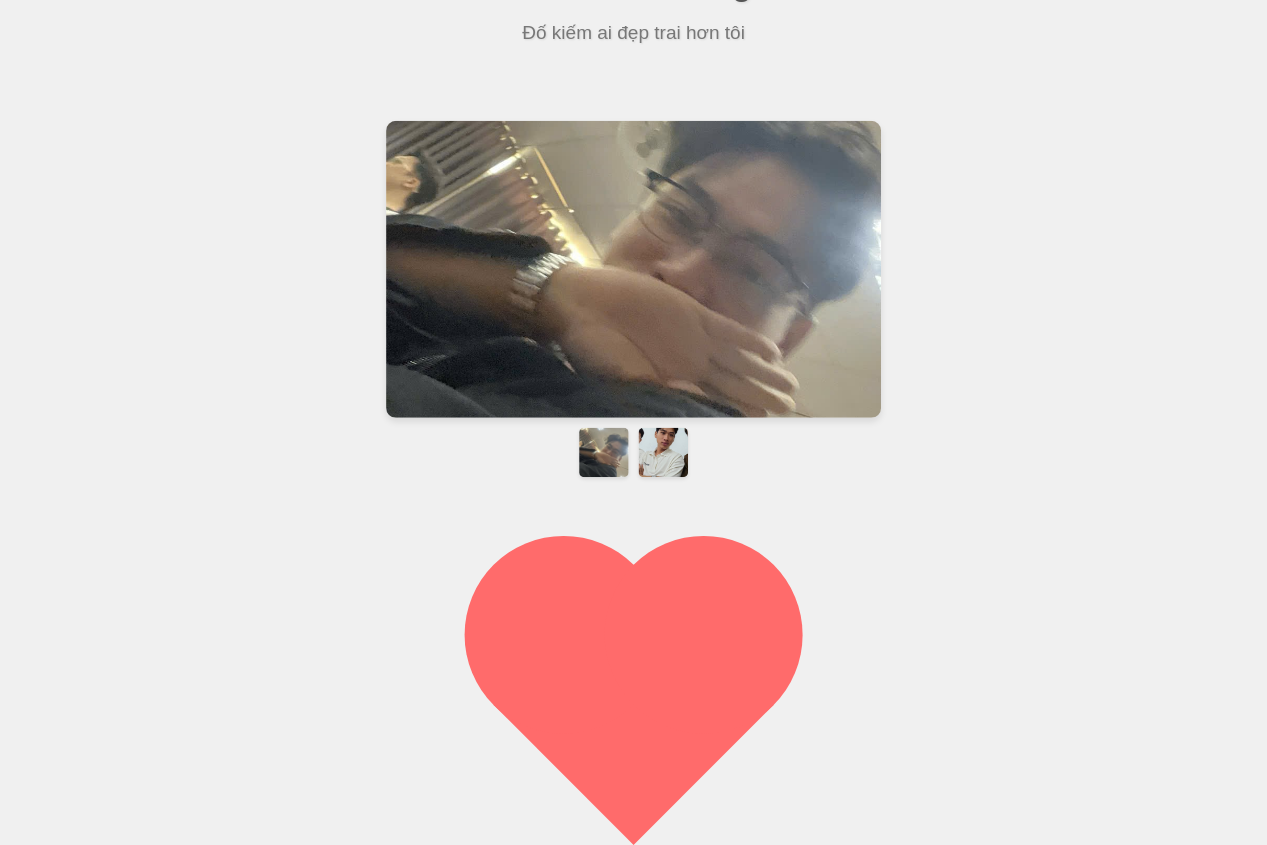
Repository: Thonghehe/profile
Page: index.html
An editor plug-in stored every save of this project. The page is shown before and after the next save, followed by the edit.
The browser window is 1280 px wide. The pictures show the whole page, at 99% of full size.

Above is the page before, as saved 2024-11-15 13:49:50.

### index.html
<!DOCTYPE html>
<html lang="en">

<head>
    <meta charset="UTF-8">
    <meta name="viewport" content="width=device-width, initial-scale=1.0">
    <title>Document</title>
    <link rel="stylesheet" href="./style.css">
</head>

<body>
    <div>
        <h1>My Introduce</h1>
        <h2>Tôi tên là thông</h2>
        <p>Đố kiếm ai đẹp trai hơn tôi</p>
        <img src="" alt="">
    </div>

    <div class="thumbnail-container">
        <img id="large-image" src="" alt="Large Image">
        <div class="thumbnails" style="margin-bottom:100px ;"></div>
        <div class="heart"></div>
        <script>
            const images = {
                image1: './images/image1.png',
                image2: './images/image.png',

            };

            const largeImage = document.getElementById('large-image');
            const thumbnailsContainer = document.querySelector('.thumbnails');

            Object.values(images).forEach(src => {
                const img = document.createElement('img');
                img.src = src;
                img.alt = 'Thumbnail';
                img.classList.add('thumbnail');
                img.addEventListener('mouseover', () => {
                    largeImage.src = src;
                });
                thumbnailsContainer.appendChild(img);
            });

            // Set the initial large image
            largeImage.src = images.image1;
        </script>
</body>

</html>

### style.css
body {
    display: flex;
    flex-direction: column;
    justify-content: center;
    align-items: center;
    height: 100vh;
    margin: 0;
    background-color: #f0f0f0;
    font-family: Arial, sans-serif;
    overflow: hidden;
}

div {
    text-align: center;
    margin-bottom: 20px;
}

h1 {
    font-size: 2.5em;
    color: #333;
    margin-bottom: 10px;
    text-shadow: 2px 2px 4px rgba(0, 0, 0, 0.1);
}

h2 {
    font-size: 2em;
    color: #555;
    margin-bottom: 10px;
    text-shadow: 1px 1px 3px rgba(0, 0, 0, 0.1);
}

p {
    font-size: 1.2em;
    color: #777;
    margin-bottom: 20px;
    text-shadow: 1px 1px 2px rgba(0, 0, 0, 0.1);
}

.heart {
    position: relative;
    width: 200px;
    height: 200px;
    background-color: #ff6b6b;
    transform: rotate(-45deg);
    margin-top: 20px;
}

.heart::before,
.heart::after {
    content: "";
    position: absolute;
    width: 200px;
    height: 200px;
    background-color: #ff6b6b;
    border-radius: 50%;
}

.heart::before {
    top: -100px;
    left: 0;
}

.heart::after {
    top: 0;
    left: 100px;
}



.thumbnail-container {
    display: flex;
    flex-direction: column;
    align-items: center;
    gap: 10px;
    margin-top: 20px;
}

#large-image {
    width: 500px;
    height: 300px;
    object-fit: cover;
    border-radius: 10px;
    box-shadow: 0 4px 8px rgba(0, 0, 0, 0.1);
}

.thumbnails {
    display: flex;
    gap: 10px;
}

.thumbnail {
    width: 50px;
    height: 50px;
    object-fit: cover;
    border-radius: 5px;
    cursor: pointer;
    box-shadow: 0 2px 4px rgba(0, 0, 0, 0.1);
}

After the next save:
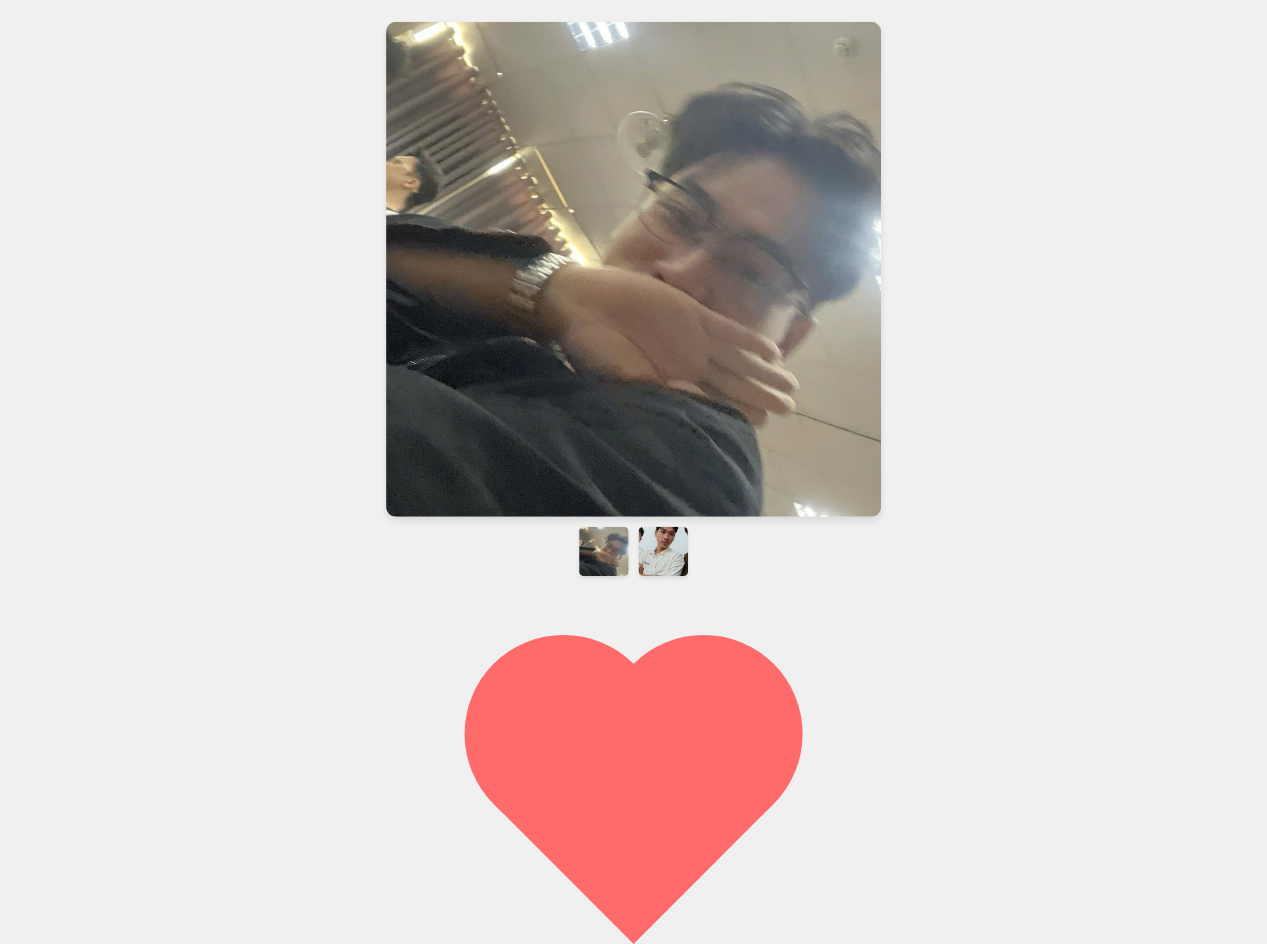
Saved 5 s later.
--- a/style.css
+++ b/style.css
@@ -77,7 +77,7 @@ p {
 
 #large-image {
     width: 500px;
-    height: 300px;
+    height: 500px;
     object-fit: cover;
     border-radius: 10px;
     box-shadow: 0 4px 8px rgba(0, 0, 0, 0.1);
